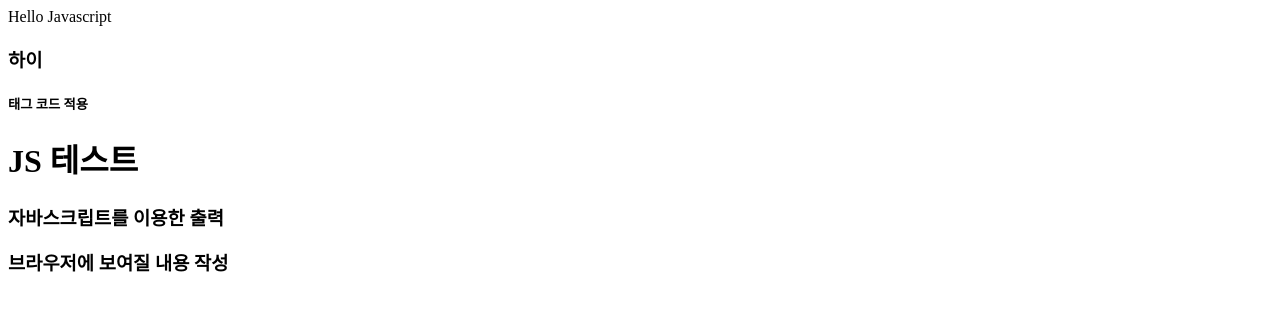
Repository: Baechangho/JavaBasic
Page: workspace_web/Front/src/main/webapp/js/js_01.html
These files come from the project's save history. The page is drawn as it stood at one moment and after the next save; the edit follows.
The browser window is 1280 px wide. The pictures show the whole page.

Above is the page before, as saved 2023-08-04 00:44:14.

### workspace_web/Front/src/main/webapp/js/js_01.html
<!DOCTYPE html>
<html>
<head>
<meta charset="UTF-8">
<title>Insert title here</title>
<script type="text/javascript">
//한 줄 주석
/* 문장 주석 */

//------------------------------------------------

//출력1. 알림창 띄우기 - alert() 함수

/* alert();
alert(123);
alert(123.456);
alert("Hello");
alert('Hi'); */

// 자바스크립트의 실행코드에는
// ;세미콜론을 코드 마지막에 적는 것이
// 필수가 아니다

//------------------------------------------------

//출력2. <body>영역에 출력하기

document.write('Hello Javascript')
document.write('<h3>하이</h3>')
document.write('<h5>태그 코드 적용</h5>')








</script>
</head>
<body>

<h1>JS 테스트</h1>
<h3>자바스크립트를 이용한 출력</h3>
<h3>브라우저에 보여질 내용 작성</h3>



</body>
</html>

After the next save:
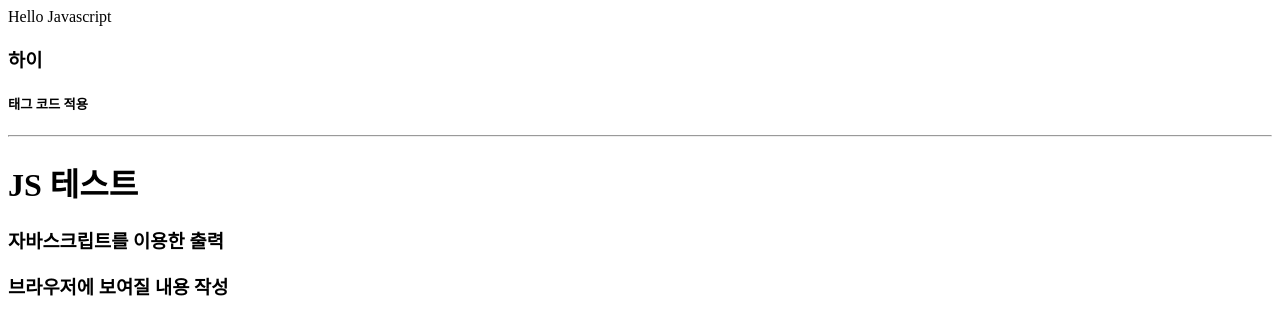
Saved 8 s later.
--- a/workspace_web/Front/src/main/webapp/js/js_01.html
+++ b/workspace_web/Front/src/main/webapp/js/js_01.html
@@ -28,6 +28,7 @@ alert('Hi'); */
 document.write('Hello Javascript')
 document.write('<h3>하이</h3>')
 document.write('<h5>태그 코드 적용</h5>')
+document.write('<hr>')
 
 
 
